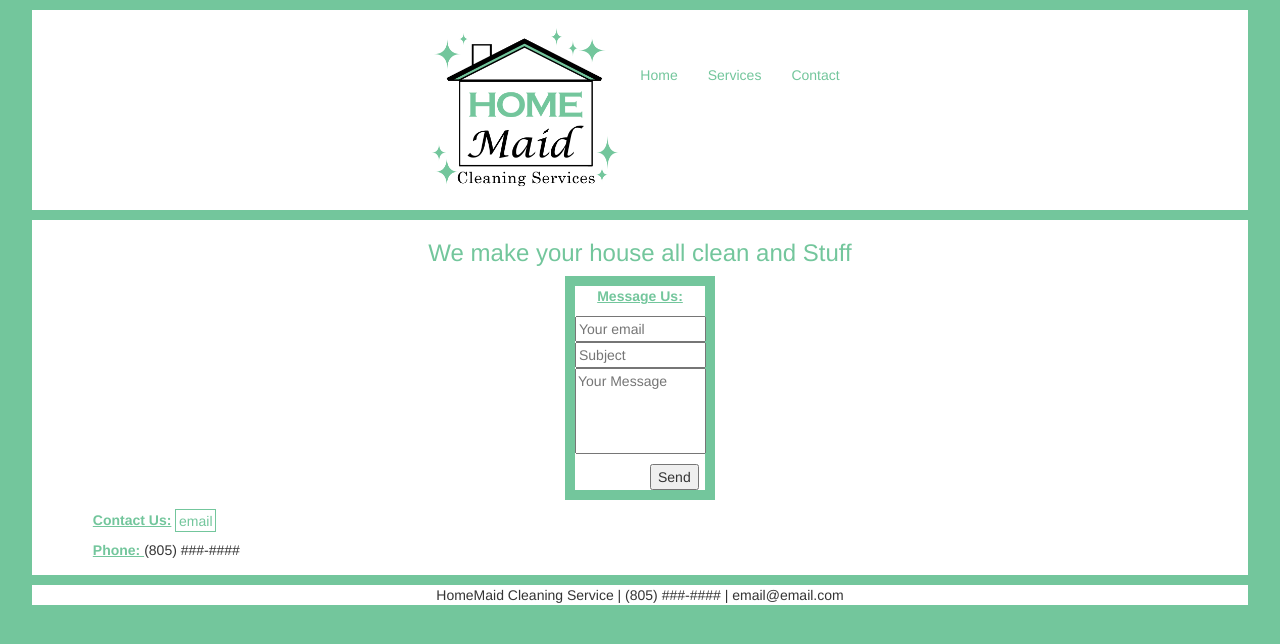
Repository: alprusa/HomeMaid-Cleaning-Service
Page: HomeMaid-Cleaning-Service/contact/index.html
These files come from the project's save history. The page is drawn as it stood at one moment and after the next save; the edit follows.
The browser window is 1280 px wide. The pictures show the whole page.

Above is the page before, as saved 2016-07-27 04:19:33.

### HomeMaid-Cleaning-Service/contact/index.html
<!DOCTYPE html>
<html lang="en">
	<head>
		<meta charset="utf-8">

		<!-- Always force latest IE rendering engine (even in intranet) & Chrome Frame
		Remove this if you use the .htaccess -->
		<meta http-equiv="X-UA-Compatible" content="IE=edge,chrome=1">

		<title>Contact</title>
		<meta name="description" content="">
		<meta name="author" content="Alisa Prusa">

		<meta name="viewport" content="width=device-width; initial-scale=1.0">

		<!-- Replace favicon.ico & apple-touch-icon.png in the root of your domain and delete these references -->
		<link rel="shortcut icon" href="/favicon.ico">
		<link rel="apple-touch-icon" href="/apple-touch-icon.png">

		<link href="../defaultStyle.css" rel="stylesheet" type="text/css">
		<link href="contact.css" rel="stylesheet" type="text/css">
		<link rel="stylesheet" href="../bootstrap/css/bootstrap.min.css">
	</head>

	<body>
		<div id="mainContainter">
			<!--Navbar html section-->
			<nav class="navbar navbar-static-top" role="navigation">
                <div class="container-fluid">
                	<div class="navbar-header">
                        <a href="../"><img src="../img/HMLogo.png" class="img-responsive navbar-toggle" id="logoSmall"/></a>
                        <!--Button that is created for menu when screen size reaches a certain limit-->
                        <button type="button" class="navbar-toggle" data-toggle="collapse" data-target=".navbar-collapse" id="collapseButton">
                            <span class="icon-bar"></span>
                            <span class="icon-bar"></span>
                            <span class="icon-bar"></span>
                        </button>
       				 </div>

                    <!--Buttons to go to different pages of the website-->
                    <div class="collapse navbar-collapse" id="navItems">
                        <ul class="nav navbar-nav">
                        	<li>
								<div class="navbar-header">
                        			<!--Logo image button to go make to main page-->
                       				 <a href="../"><img src="../img/HMLogo.png" class="img-responsive" id="logo"/></a>
                       				 <!--<form action="#">
										 <button type="submit" id="appointment" href="#">Make an Appointment</button>
									 </form>-->
                   				 </div>
	                        </li>
                            <li class="navTabs"><a href="../">Home</a></li>
							<li class="navTabs"><a href="../services/">Services</a></li>
							<li class="navTabs"><a href="../contact/">Contact</a></li>
                        </ul>
                    </div>
                </div>
			</nav>

			<div id="bodyContent">
				<h3 style="text-align: center;">We make your house all clean and Stuff</h3>

				<form action="#">
	 				<p style="text-align: center;"><b>Message Us:</b></p>
					<input type="text" class="formBox" name="email" id="email" placeholder="Your email" required><br>
					<input type="text" class="formBox" name="Subject" id="Subject" placeholder="Subject" required><br>
					<textarea type="text" class="formBox" name="Message" rows=4 id="Message" placeholder="Your Message" required></textarea>
					<input id="submitButton" class="gVButton" type="submit" value="Send" style="margin-top: 5px;">
					<p style="color: #E82C0C;" id="errorText" class="hidden">Sorry there was an issue sending your message.</p>
	 			</form>

		        <div class="infoSection">
		        	<p><b>Contact Us:</b>
			        <a id="emails" href="mailto:homemaidcleaningservices@yahoo.com?subject=Golden View Senior Services">
                     	<mark>email</mark>
                     </a></p>
			        <p><b>Phone: </b>(805) ###-####</p>
		        </div>
			</div>

			<footer>
				<p>
					HomeMaid Cleaning Service | (805) ###-#### | email@email.com
				</p>
			</footer>
		</div>

		<script src="../jquery-1.2.0.js"></script>
    	<script src="../bootstrap/js/bootstrap.min.js"></script>
	</body>
</html>

### HomeMaid-Cleaning-Service/defaultStyle.css

body{
	background-color: #73C69C !important;
}

#mainContainter{
	width: 95%;
	margin: auto;
	background-color: #FFFFFF !important;
}

a{
	color: #73C69C !important;
}

mark{
	color:#73C69C !important;
	background-color: #FFFFFF !important;
	border: 1px #73C69C solid;
}

mark:hover{
	color:#FFFFFF !important;
	background-color: #73C69C !important;
	text-decoration: underline;
	text-decoration-color: #000000 !important;
}

h3{
	color: #73C69C !important;
}

.navbar{
    background-color: #FFFFFF !important;
    text-align: center;
    float:center;
    border-bottom: 10px #73C69C solid !important;
    border-top: 10px #73C69C solid !important;
}

.navbar .navbar-nav {
  display: inline-block;
  float: none;
  vertical-align: top;
}

.navbar .navbar-collapse {
  text-align: center;
}

.navbar .navbar-toggle .icon-bar{
  background-color: #73C69C !important;
}

.navbar .navbar-toggle{
  border-color: #73C69C !important;
}

/*make it so the logo home page button does not have the hover effect that the other buttons have*/
a:hover,
a:focus{
    text-decoration: underline !important;
	color:#FFFFFF !important;
	background-color: #73C69C !important;
	text-decoration-color:#000000 !important;
}

.navTabs{
	padding-top: 40px;
}

#collapseButton{
	top: 8px;
}

#logo{
	margin: auto;
    width:200px;
}

#logoSmall{
    width: 50px;
    padding: 0;
    float: left;
    border: none;
}

#appointment{
	border-radius:2px;
	background-color: #73C69C !important;
	color:#FFFFF !important;
}

#bodyContent{
	margin: auto;
	float: center;
}

#videoContainer{
	margin: auto;
	float: center;
}

#mainVid{
	margin: auto;
	width: 600px;
	float: center;
	border-bottom: 10px #73C69C solid;
	border-top: 10px #73C69C solid;
}

.infoSection{
	width: 90%;
	margin: auto;
	padding-bottom: 50px;
}

.infoImg{
	width: 200px;
	height: 100px;
	margin: auto;
	border: 10px #73C69C solid;
	margin-top: 5px;
}

footer{
	border-top: 10px #73C69C solid;
	text-align: center;
}


	.navTabs .navbar-collapse{
		padding: 0;
	}

### HomeMaid-Cleaning-Service/contact/contact.css
textarea {
   resize: none;
   margin: auto;
}

form{
	margin: auto;
	width: 150px;
	border: 10px #73C69C solid;
}

#submitButton{
	margin: 0 auto;
	margin-left: 75px;
}

.infoSection{
	padding-top: 10px;
	padding-bottom: 5px;
	margin: auto;
}

.formBox{
	margin: 0 auto;
	width: 131px;
}

b{
	color: #73C69C !important;
	text-decoration: underline;
	text-decoration-color: #73C69C !important;
}

Loaded but not shown: HomeMaid-Cleaning-Service/bootstrap/css/bootstrap.min.css (library); HomeMaid-Cleaning-Service/jquery-1.2.0.js (library); HomeMaid-Cleaning-Service/bootstrap/js/bootstrap.min.js (library)

After the next save:
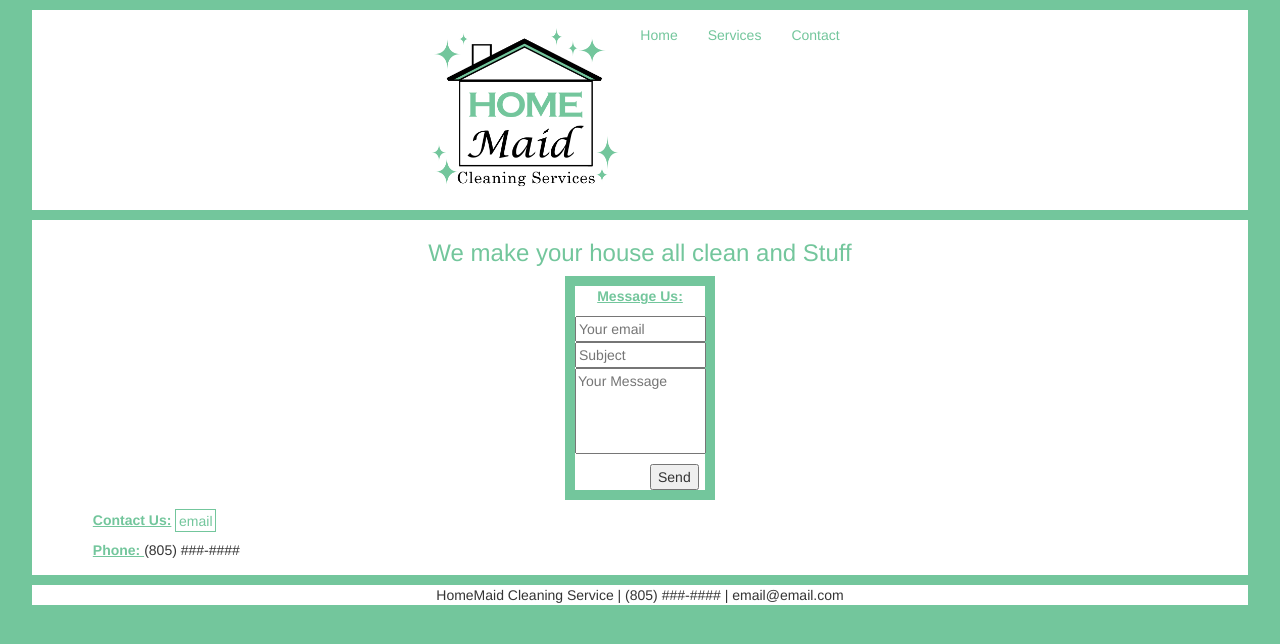
Saved 16 s later.
--- a/HomeMaid-Cleaning-Service/defaultStyle.css
+++ b/HomeMaid-Cleaning-Service/defaultStyle.css
@@ -129,6 +129,6 @@
 }
 
 
-	.navTabs .navbar-collapse{
+	.navbar-collapse .navTabs {
 		padding: 0;
 	}
